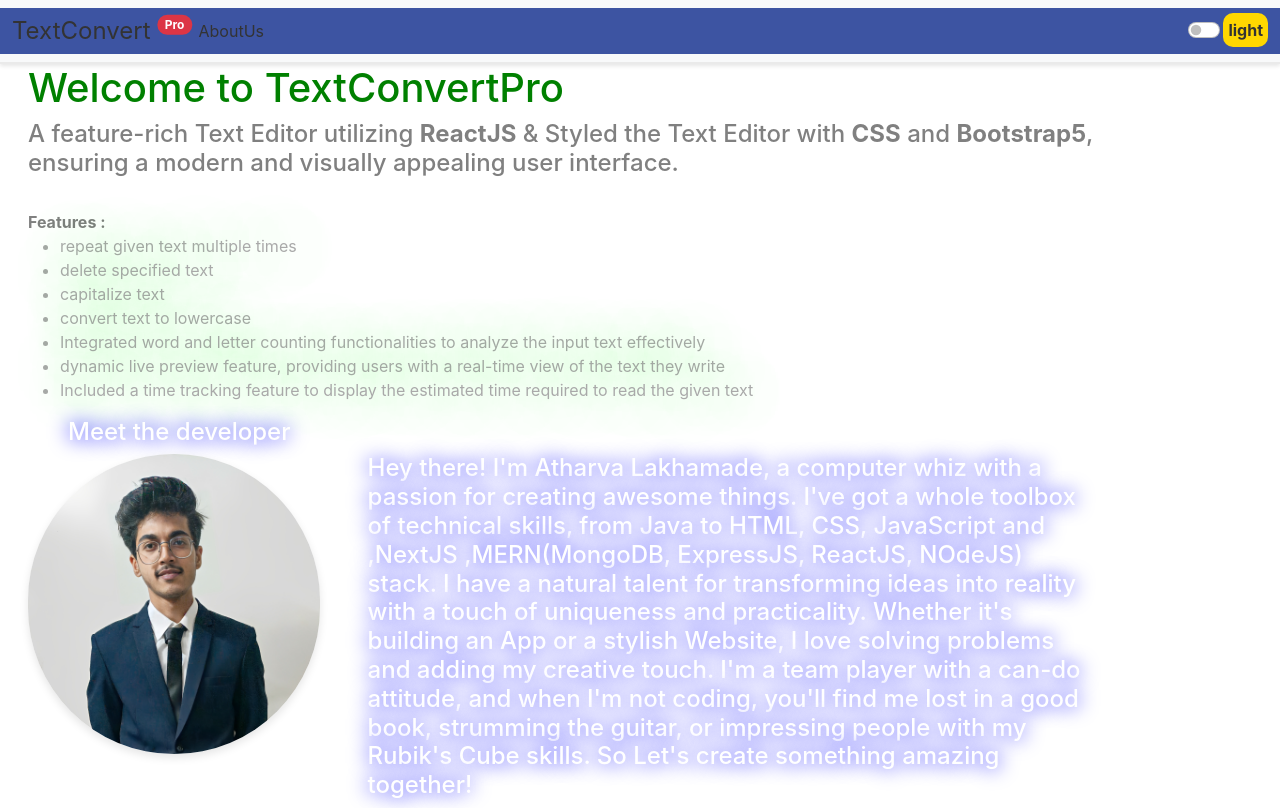
Repository: atha2810/TextConvertPro
Page: /about
These files come from the project's save history. The page is drawn as it stood at one moment and after the next save; the edit follows.
The browser window is 1280 px wide. The pictures show the whole page.
The project was rebuilt for these pictures with package versions that can differ from the ones it lists, and the page was loaded fresh each time. Also part of the build but not shown: src/css/TextForm.css, src/TextForm.js.

Above is the page before, as saved 2024-07-25 19:44:05.

### src/App.js
import React, { useState } from "react";
import profile from "./images/profile.jpg";

import About from "./components/About";
import Navbar from "./components/Navbar";
import TextForm from "./TextForm";
import { BrowserRouter, Routes, Route } from "react-router-dom";

function App() {
  const [mode, setMode] = useState("light");
  const toggleMode = () => {
    if (mode === "light") {
      setMode("dark");
      document.body.style.backgroundColor = "#082844";
    } else {
      setMode("light");
      document.body.style.backgroundColor = "white";
    }
  };
  return (
    <>
      <BrowserRouter>
        <Navbar logo="TextConvert" mode={mode} toggleMode={toggleMode} />
        {/* <TextForm heading="Enter the text to analyse: " mode={mode}/> */}
        <Routes>
          <Route exact path="/about" element={<About imgSrc={profile} />} />
          {/* exact is usedto get exact path sometimes there are folders like /about-->componentX and /about/home-->componentY and if we want component from /about/home it will mistakenly will render from /about thats why */}

          <Route
            exact
            path="/TextConvertPro"
            element={<TextForm heading="Enter the text here ↓ " mode={mode} />}
          />
        </Routes>
      </BrowserRouter>
    </>
  );
}

export default App;

### src/components/About.js
import "../css/About.css";

export default function About(props) {
  return (
    <div
      className="container mx-3"
      style={{ display: "block", marginLeft: "500px" }}
    >
      <h1 style={{ color: props.mode === "dark" ? "white" : "green" }}>
        Welcome to TextConvertPro
      </h1>
      <div
        style={{
          color: props.mode === "ligh" ? "black" : "white",
        }}
      >
        <h4
          style={{
            color: "grey",
          }}
        >
          A feature-rich Text Editor utilizing <b>ReactJS</b> & Styled the Text
          Editor with <b>CSS</b> and <b>Bootstrap5</b>, ensuring a modern and
          visually appealing user interface.
        </h4>
        <br />{" "}
        <b
          style={{
            color: "grey",
          }}
        >
          Features :
        </b>
        <br />
        <ul
          style={{
            color: "darkgrey",
            textShadow: " 0 0 70px #0f0",
          }}
        >
          <li>repeat given text multiple times</li>
          <li> delete specified text</li> <li>capitalize text </li>
          <li>convert text to lowercase</li>
          <li>
            Integrated word and letter counting functionalities to analyze the
            input text effectively
          </li>
          <li>
            dynamic live preview feature, providing users with a real-time view
            of the text they write
          </li>
          <li>
            Included a time tracking feature to display the estimated time
            required to read the given text
          </li>
        </ul>
      </div>
      <h4
        style={{
          color: "#fff" /* Text color */,
          textShadow: "0 0 20px #00f",
          paddingLeft: "40px",
        }}
      >
        Meet the developer
      </h4>
      <div style={{ display: "flex" }}>
        <img
          src={props.imgSrc}
          style={{
            height: "300px",
            width: "300px",
            borderRadius: "150px 150px 150px 150px",
          }}
          alt="developer"
        ></img>
        <h4
          className="mx-5"
          style={{
            color: "#fff" /* Text color */,
            textShadow: "0 0 20px #00f",
          }}
        >
          Hey there! I'm Atharva Lakhamade, a computer whiz with a passion for
          creating awesome things. I've got a whole toolbox of technical skills,
          from Java to HTML, CSS, JavaScript and ,NextJS ,MERN(MongoDB,
          ExpressJS, ReactJS, NOdeJS) stack. I have a natural talent for
          transforming ideas into reality with a touch of uniqueness and
          practicality. Whether it's building an App or a stylish Website, I
          love solving problems and adding my creative touch. I'm a team player
          with a can-do attitude, and when I'm not coding, you'll find me lost
          in a good book, strumming the guitar, or impressing people with my
          Rubik's Cube skills. So Let's create something amazing together!
        </h4>
      </div>
    </div>
  );
}

### src/components/Navbar.js
import React from "react";
import { Link } from "react-router-dom";
import "../css/Navbar.css";
export default function Navbar(props) {
  return (
    <nav
      className={`navbar navbar-expand-lg navbar-${props.mode} bg-${props.mode}`}
    >
      <div className="container-fluid" style={{ backgroundColor:"#3D54A2"}}>
        <Link className="navbar-brand" to="/TextConvertPro">
          {props.logo}
          <button className="btn position-relative">
            <span className="position-absolute top-0 start-100 translate-middle badge rounded-pill bg-danger">
              Pro
            </span>
          </button>
        </Link>
        {/* <a className="navbar-brand" href="#">{props.logo}</a> */}
        <button
          className="navbar-toggler"
          type="button"
          data-bs-toggle="collapse"
          data-bs-target="#navbarSupportedContent"
          aria-controls="navbarSupportedContent"
          aria-expanded="false"
          aria-label="Toggle navigation"
        >
          <span className="navbar-toggler-icon"></span>
        </button>
        <div className="collapse navbar-collapse" id="navbarSupportedContent">
          <ul className="navbar-nav me-auto mb-2 mb-lg-0">
            <li className="nav-item">
              <Link className="nav-link" to="/about">
                AboutUs
              </Link>
              {/* <a className="nav-link" href="/about">About</a> */}
            </li>
          </ul>
          <form className="d-flex" role="search">
            <div
              className={`form-check form-switch text-${
                props.mode === "light" ? "dark" : "light"
              }`}
              style={{ backgroundColor: "gold",padding:"5px",borderRadius:"10px" }}
            >
              <input
                className="form-check-input"
                onClick={props.toggleMode}
                type="checkbox"
                role="switch"
                id="flexSwitchCheckDefault"
              />
              <label
                className="form-check-label"
                htmlFor="flexSwitchCheckDefault"
              >
                <b>{props.mode}</b>
              </label>
            </div>
          </form>
        </div>
      </div>
    </nav>
  );
}

### src/css/About.css
/* About Styles */

img {
  border-radius: 50%;
  box-shadow: 0 4px 8px rgba(0, 0, 0, 0.1); /* Subtle shadow */
}

.developer-info {
  display: flex;
  align-items: center;
  justify-content: center;
  margin-top: 2rem;
}

.developer-info h4 {
  margin-left: 1.5rem;
  font-size: 1.25rem;
  color: #333;
}

.developer-info img {
  height: 300px;
  width: 300px;
}

### src/css/Navbar.css
/* Navbar Styles */
.navbar {
  border-bottom: 2px solid #eaeaea; /* Modern border for the navbar */
  box-shadow: 0 2px 4px rgba(0, 0, 0, 0.1); /* Subtle shadow */
}

.navbar-brand {
  display: flex;
  align-items: center;
  font-size: 1.5rem;
  color: #333;
  transition: color 0.3s ease;
}

.navbar-brand:hover {
  color: #007bff; /* Change color on hover */
}

.btn {
  /* Primary button color */
  border: none;
  color: white;
  transition: background-color 0.3s ease;
}

.nav-link {
  color: #333;
  transition: color 0.3s ease;
}

.nav-link:hover {
  color: #007bff; /* Change color on hover */
}

.navbar-toggler {
  border-color: #007bff; /* Color of the toggler */
}

.navbar-toggler-icon {
  background-image: linear-gradient(
    to right,
    #007bff,
    #0056b3
  ); /* Gradient effect */
}

.form-check-label {
  color: #333; /* Switch label color */
}

Loaded but not shown: public/index.html (common file); src/index.js (common file); src/index.css (common file); src/reportWebVitals.js (common file)

After the next save:
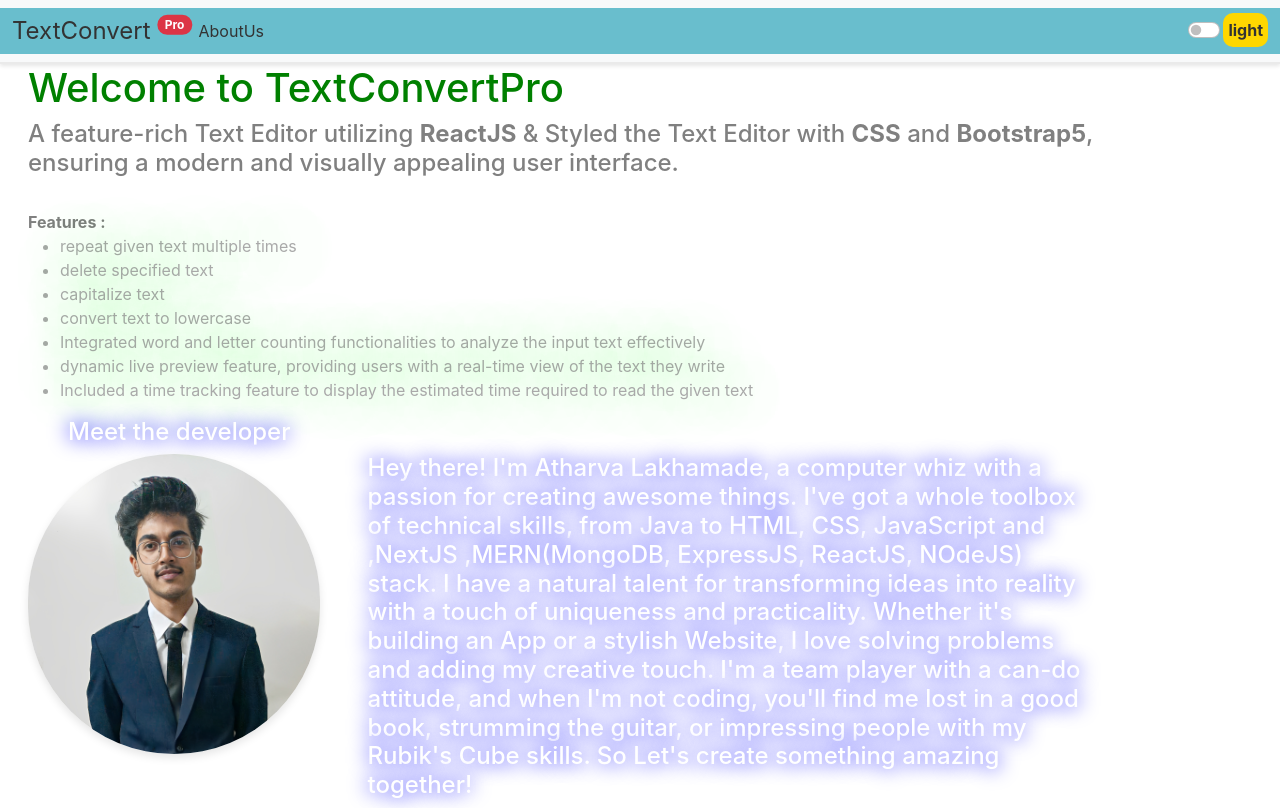
Saved 27 s later.
--- a/src/components/Navbar.js
+++ b/src/components/Navbar.js
@@ -6,7 +6,7 @@ export default function Navbar(props) {
     <nav
       className={`navbar navbar-expand-lg navbar-${props.mode} bg-${props.mode}`}
     >
-      <div className="container-fluid" style={{ backgroundColor:"#3D54A2"}}>
+      <div className="container-fluid" style={{ backgroundColor: "#69BECD" }}>
         <Link className="navbar-brand" to="/TextConvertPro">
           {props.logo}
           <button className="btn position-relative">
@@ -41,7 +41,11 @@ export default function Navbar(props) {
               className={`form-check form-switch text-${
                 props.mode === "light" ? "dark" : "light"
               }`}
-              style={{ backgroundColor: "gold",padding:"5px",borderRadius:"10px" }}
+              style={{
+                backgroundColor: "gold",
+                padding: "5px",
+                borderRadius: "10px",
+              }}
             >
               <input
                 className="form-check-input"
